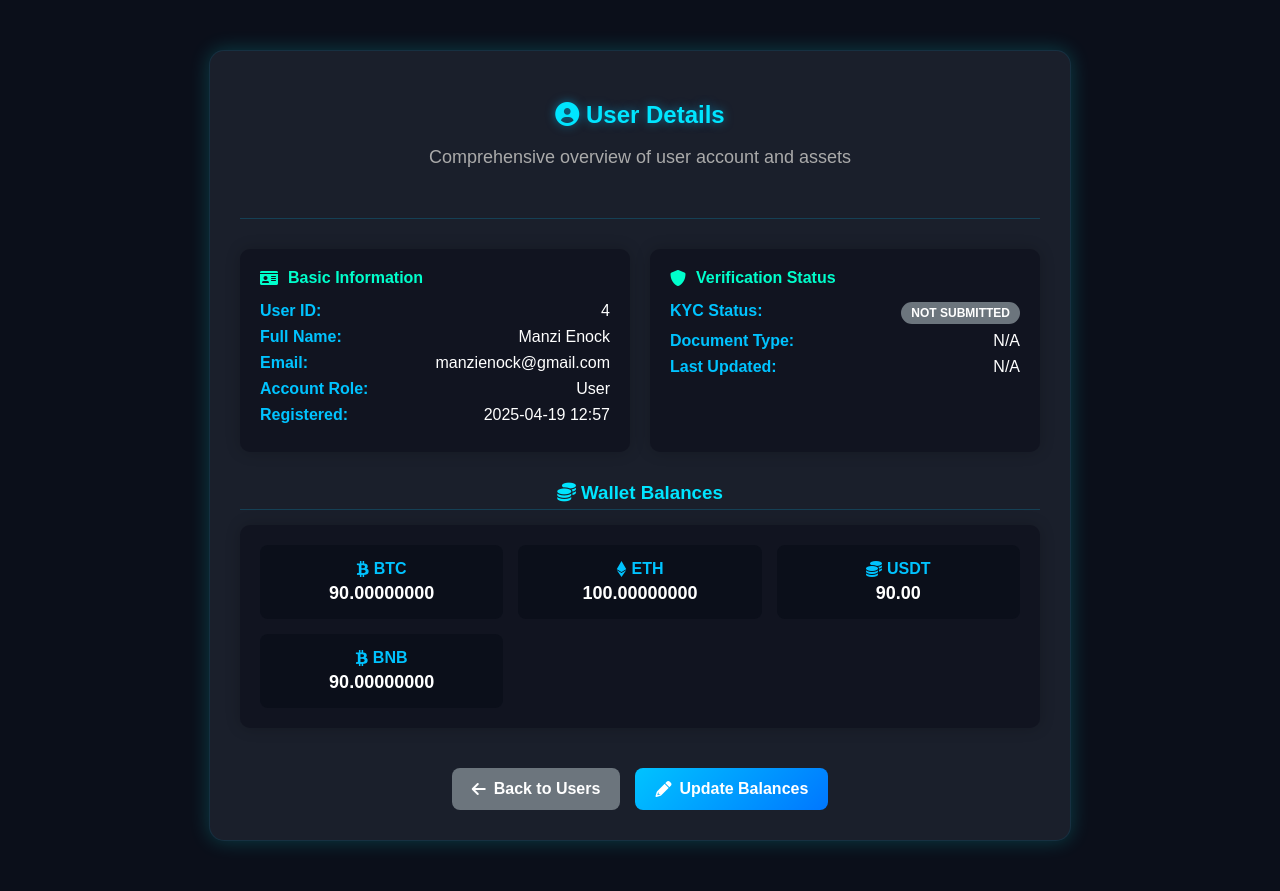
Repository: fredericIT/cypto
Page: http://localhost/admin/view-user/4
The author's editor kept a copy of each file at every save. The page is drawn from the files as they stood at one save, then again after the next save.
The browser window is 1280 px wide. The pictures show the whole page.
The page is served by the project's application, run on Flask 3 (app.py). The user the application loads for id 1 is signed in. Other server files are loaded and not shown. The page reads the database file committed with the project. Queries for data that is not in the repository find no rows.

Above is the page before, as saved 2025-04-24 00:05:54.

### app.py
from flask import Flask, redirect, url_for
from db import db
from blueprints.auth import auth_bprt
from blueprints.dashboard import dash_bprt
from blueprints.account import account_bprt
from blueprints.trading import trading_bprt
from blueprints.user import user_bprt
from blueprints.admin import admin_bprt
from db.models import *
from flask_migrate import Migrate
from flask_login import LoginManager



app = Flask(__name__)
app.config.from_object("config.Config")
db.init_app(app)
migrate = Migrate(app, db)
login_manager = LoginManager()
login_manager.init_app(app)
login_manager.login_view = "auth.login"
login_manager.login_message = "Login Required to access this resource."
login_manager.login_message_category = "warning"
app.register_blueprint(auth_bprt)
app.register_blueprint(dash_bprt)
app.register_blueprint(account_bprt)
app.register_blueprint(trading_bprt)
app.register_blueprint(user_bprt)
app.register_blueprint(admin_bprt)


@login_manager.user_loader
def load_user(user_id):
    return User.query.get(int(user_id))

@app.route('/')
def home():
    return redirect(url_for('auth.login'))

if __name__ == '__main__':
    with app.app_context():
        db.create_all()
    app.run(debug=True)

### templates/admin/view_user.html
<!DOCTYPE html>
<html lang="en">
<head>
    <meta charset="UTF-8">
    <meta name="viewport" content="width=device-width, initial-scale=1.0">
    <title>Crypto Platform - View User</title>
    <link rel="stylesheet" href="{{ url_for('static', filename='css/admin/admin.css') }}">
    <link rel="stylesheet" href="{{ url_for('static', filename='css/admin/forms.css') }}">
    <link rel="stylesheet" href="https://cdnjs.cloudflare.com/ajax/libs/font-awesome/6.0.0/css/all.min.css">
    <style>
        body {
            font-family: 'Orbitron', sans-serif;
            background-color: #0b0f1a;
            color: #ffffff;
            margin: 0;
            padding: 0;
        }

        .admin-container {
            max-width: 800px;
            margin: 50px auto;
            padding: 30px;
            background-color: #1a1f2b;
            border-radius: 15px;
            box-shadow: 0 0 20px rgba(0, 255, 255, 0.2);
            border: 1px solid rgba(0, 195, 255, 0.1);
        }

        .admin-header {
            text-align: center;
            margin-bottom: 30px;
            padding-bottom: 20px;
            border-bottom: 1px solid rgba(0, 195, 255, 0.2);
        }

        .admin-header h2 {
            color: #00e5ff;
            margin-bottom: 10px;
            text-shadow: 0 0 10px rgba(0, 195, 255, 0.5);
        }

        .admin-header p {
            color: #aaaaaa;
        }

        .user-details {
            margin-top: 30px;
        }

        .user-details h3 {
            color: #00e5ff;
            margin-bottom: 15px;
            padding-bottom: 5px;
            border-bottom: 1px solid rgba(0, 195, 255, 0.2);
        }

        .user-info-grid {
            display: grid;
            grid-template-columns: repeat(auto-fill, minmax(300px, 1fr));
            gap: 20px;
            margin-bottom: 30px;
        }

        .info-card {
            background-color: #111420;
            padding: 20px;
            border-radius: 10px;
            box-shadow: 0 0 15px rgba(0, 0, 0, 0.2);
        }

        .info-card h4 {
            color: #00ffcc;
            margin-top: 0;
            margin-bottom: 15px;
            display: flex;
            align-items: center;
            gap: 10px;
        }

        .info-card p {
            margin: 8px 0;
            display: flex;
            justify-content: space-between;
        }

        .info-card p strong {
            color: #00c3ff;
            margin-right: 10px;
        }

        .balance-card {
            background-color: #111420;
            padding: 20px;
            border-radius: 10px;
            box-shadow: 0 0 15px rgba(0, 0, 0, 0.2);
        }

        .balance-grid {
            display: grid;
            grid-template-columns: repeat(auto-fill, minmax(200px, 1fr));
            gap: 15px;
        }

        .balance-item {
            background-color: #0b0f1a;
            padding: 15px;
            border-radius: 8px;
            text-align: center;
            transition: all 0.3s;
        }

        .balance-item:hover {
            transform: translateY(-3px);
            box-shadow: 0 5px 15px rgba(0, 195, 255, 0.3);
        }

        .balance-item .coin {
            font-weight: bold;
            color: #00c3ff;
            margin-bottom: 5px;
            display: flex;
            align-items: center;
            justify-content: center;
            gap: 5px;
        }

        .balance-item .amount {
            font-size: 18px;
            font-weight: bold;
        }

        .user-actions {
            margin-top: 30px;
            display: flex;
            justify-content: center;
            gap: 15px;
            flex-wrap: wrap;
        }

        .btn {
            padding: 12px 20px;
            border-radius: 8px;
            text-decoration: none;
            font-weight: bold;
            display: inline-flex;
            align-items: center;
            gap: 8px;
            transition: all 0.3s;
        }

        .btn-back {
            background-color: #6c757d;
            color: white;
        }

        .btn-back:hover {
            background-color: #5a6268;
            transform: translateY(-2px);
        }

        .btn-update {
            background: linear-gradient(135deg, #00c3ff, #0077ff);
            color: white;
        }

        .btn-update:hover {
            background: linear-gradient(135deg, #0077ff, #00c3ff);
            transform: translateY(-2px);
        }

        .btn-kyc {
            background: linear-gradient(135deg, #ff00ff, #ff0080);
            color: white;
        }

        .btn-kyc:hover {
            background: linear-gradient(135deg, #ff0080, #ff00ff);
            transform: translateY(-2px);
        }

        .status-badge {
            padding: 4px 10px;
            border-radius: 12px;
            font-size: 12px;
            font-weight: bold;
            text-transform: uppercase;
        }

        .status-approved {
            background-color: #28a745;
            color: white;
        }

        .status-pending {
            background-color: #ffc107;
            color: #1a1f2b;
        }

        .status-rejected {
            background-color: #dc3545;
            color: white;
        }

        .status-none {
            background-color: #6c757d;
            color: white;
        }

        .coin-icon {
            width: 20px;
            height: 20px;
        }
    </style>
</head>
<body class="bg-dark text-light">
    <div class="admin-container">
        <div class="admin-header">
            <h2><i class="fas fa-user-circle"></i> User Details</h2>
            <p>Comprehensive overview of user account and assets</p>
        </div>

        <div class="user-details">
            <div class="user-info-grid">
                <div class="info-card">
                    <h4><i class="fas fa-id-card"></i> Basic Information</h4>
                    <p>
                        <strong>User ID:</strong>
                        <span>{{ user.id }}</span>
                    </p>
                    <p>
                        <strong>Full Name:</strong>
                        <span>{{ user.full_name }}</span>
                    </p>
                    <p>
                        <strong>Email:</strong>
                        <span>{{ user.email }}</span>
                    </p>
                    <p>
                        <strong>Account Role:</strong>
                        <span class="role-badge">{{ user.role.value|title }}</span>
                    </p>
                    <p>
                        <strong>Registered:</strong>
                        <span>{{ user.created_at.strftime('%Y-%m-%d %H:%M') }}</span>
                    </p>
                </div>

                <div class="info-card">
                    <h4><i class="fas fa-shield-alt"></i> Verification Status</h4>
                    <p>
                        <strong>KYC Status:</strong>
                        {% if user.kyc %}
                            <span class="status-badge status-{{ user.kyc.status }}">
                                {{ user.kyc.status|title }}
                            </span>
                        {% else %}
                            <span class="status-badge status-none">Not Submitted</span>
                        {% endif %}
                    </p>
                    <p>
                        <strong>Document Type:</strong>
                        <span>{{ user.kyc.document_type if user.kyc else 'N/A' }}</span>
                    </p>
                    <p>
                        <strong>Last Updated:</strong>
                        <span>
                            {% if user.kyc %}
                                {{ user.kyc.updated_at.strftime('%Y-%m-%d %H:%M') }}
                            {% else %}
                                N/A
                            {% endif %}
                        </span>
                    </p>
                </div>
            </div>

            <h3><i class="fas fa-coins"></i> Wallet Balances</h3>
            <div class="balance-card">
                <div class="balance-grid">
                    <div class="balance-item">
                        <div class="coin"><i class="fab fa-btc"></i> BTC</div>
                        <div class="amount">{{ "%.8f"|format(user.account.BTC) if user.account.BTC else '0.00000000' }}</div>
                    </div>
                    <div class="balance-item">
                        <div class="coin"><i class="fab fa-ethereum"></i> ETH</div>
                        <div class="amount">{{ "%.8f"|format(user.account.ETH) if user.account.ETH else '0.00000000' }}</div>
                    </div>
                    <div class="balance-item">
                        <div class="coin"><i class="fas fa-coins"></i> USDT</div>
                        <div class="amount">{{ "%.2f"|format(user.account.USDT) if user.account.USDT else '0.00' }}</div>
                    </div>
                    <div class="balance-item">
                        <div class="coin"><i class="fab fa-btc"></i> BNB</div>
                        <div class="amount">{{ "%.8f"|format(user.account.BNB) if user.account.BNB else '0.00000000' }}</div>
                    </div>
                </div>
            </div>

            <div class="user-actions">
                <a href="{{ url_for('admin.manage_users') }}" class="btn btn-back">
                    <i class="fas fa-arrow-left"></i> Back to Users
                </a>
                <a href="{{ url_for('admin.update_user_balance', user_id=user.id) }}" class="btn btn-update">
                    <i class="fas fa-pencil-alt"></i> Update Balances
                </a>
                {% if user.kyc %}
                <a href="{{ url_for('admin.review_kyc') }}?user_id={{ user.id }}" class="btn btn-kyc">
                    <i class="fas fa-id-card"></i> Review KYC
                </a>
                {% endif %}
            </div>
        </div>
    </div>
</body>
</html>

### static/css/admin/admin.css
/* admin/static/css/admin.css */
body {
    font-family: 'Orbitron', sans-serif;
    background-color: #0b0f1a;
    color: #ffffff;
    margin: 0;
    padding: 0;
}

.admin-container {
    max-width: 700px;
    margin: 60px auto;
    background-color: #1a1f2b;
    padding: 30px;
    border-radius: 15px;
    box-shadow: 0 0 20px rgba(255, 0, 255, 0.2);
    text-align: center;
}

.admin-header h2 {
    margin-bottom: 10px;
    color: #ff00ff;
}

.admin-header p {
    margin-bottom: 30px;
    font-size: 18px;
    color: #cccccc;
}

.admin-actions {
    display: flex;
    flex-direction: column;
    gap: 20px;
}

.admin-actions .btn {
    padding: 15px;
    background: linear-gradient(135deg, #ff00ff, #8000ff);
    border: none;
    color: white;
    font-size: 16px;
    border-radius: 10px;
    text-decoration: none;
    transition: background 0.3s ease;
}

.admin-actions .btn:hover {
    background: linear-gradient(135deg, #8000ff, #ff00ff);
}

.btn-logout {
    background: linear-gradient(135deg, #ff4d4d, #cc0000);
}

.btn-logout:hover {
    background: linear-gradient(135deg, #cc0000, #ff4d4d);
}

.flash.success {
    background-color: #00c853;
    padding: 10px;
    border-radius: 8px;
    margin: 20px auto;
    width: fit-content;
}

### static/css/admin/forms.css
/* admin/static/css/admin_forms.css */
body {
    font-family: 'Orbitron', sans-serif;
    background-color: #0e0e0e;
    color: #fff;
    margin: 0;
    padding: 0;
}

.admin-container {
    width: 90%;
    max-width: 600px;
    margin: 50px auto;
    padding: 25px;
    background-color: #1a1a1a;
    border-radius: 15px;
    box-shadow: 0 0 20px rgba(0, 255, 255, 0.3);
}

h2 {
    text-align: center;
    margin-bottom: 30px;
    color: #00e5ff;
}

.form-container {
    display: flex;
    flex-direction: column;
}

.form-group {
    margin-bottom: 20px;
}

.form-group label {
    font-size: 14px;
    margin-bottom: 8px;
    display: block;
}

.form-group input, .form-group select {
    width: 100%;
    padding: 12px;
    border-radius: 8px;
    border: none;
    background-color: #2c2c2c;
    color: #fff;
    font-size: 14px;
}

.form-group input:focus, .form-group select:focus {
    outline: 2px solid #00e5ff;
}

.btn {
    background-color: #00e5ff;
    color: #0e0e0e;
    padding: 12px;
    text-align: center;
    border: none;
    border-radius: 8px;
    cursor: pointer;
    font-size: 16px;
    transition: background 0.3s;
    margin-top: 10px;
}

.btn:hover {
    background-color: #00b8d4;
}

.btn-logout {
    background-color: #ff1744;
    margin-top: 20px;
}

.btn-logout:hover {
    background-color: #d50000;
}

/* Flash messages */
.flash.success {
    background-color: #00c853;
    padding: 10px 20px;
    border-radius: 10px;
    margin: 20px 0;
    text-align: center;
}


/* admin/static/css/admin_forms.css */
table {
    width: 100%;
    border-collapse: collapse;
    margin: 20px 0;
}

th, td {
    padding: 12px;
    text-align: left;
    border: 1px solid #444;
}

th {
    background-color: #333;
    color: #fff;
}

td {
    background-color: #222;
}

.btn {
    padding: 8px 12px;
    background-color: #00e5ff;
    color: #0e0e0e;
    border-radius: 5px;
    text-decoration: none;
}

.btn:hover {
    background-color: #00b8d4;
}

.btn-view {
    background-color: #4caf50;
}

.btn-view:hover {
    background-color: #45a049;
}

.btn-update {
    background-color: #ff9800;
}

.btn-update:hover {
    background-color: #fb8c00;
}

.btn-delete {
    background-color: #f44336;
}

.btn-delete:hover {
    background-color: #d32f2f;
}

### instance/crypto.db (the tables this page reads, as SQL)
CREATE TABLE account (
	id INTEGER NOT NULL, 
	user_id INTEGER NOT NULL, 
	account_status VARCHAR(50) NOT NULL, 
	"BTC" NUMERIC(18, 8), 
	"ETH" NUMERIC(18, 8) NOT NULL, 
	"USDT" NUMERIC(18, 2), 
	"BNB" NUMERIC(18, 8), 
	PRIMARY KEY (id), 
	UNIQUE (user_id), 
	FOREIGN KEY(user_id) REFERENCES users (id)
);
INSERT INTO "account" VALUES
(1, 1, 'active', 0, 0.2, 0, 0),
(2, 2, 'active', 0, 0.00012, 0, 0),
(3, 3, 'active', 10, 0.012, 10, 10),
(4, 4, 'active', 90, 100, 90, 90);

CREATE TABLE users (
	id INTEGER NOT NULL, 
	full_name VARCHAR(255) NOT NULL, 
	email VARCHAR(255) NOT NULL, 
	password VARCHAR(255) NOT NULL, 
	withdraw_password VARCHAR(255) NOT NULL, 
	role VARCHAR(5) NOT NULL, 
	created_at DATETIME, 
	updated_at DATETIME, 
	PRIMARY KEY (id), 
	UNIQUE (email)
);
INSERT INTO "users" VALUES
(1, 'IMPANO MANZI Enock', 'impano@gmail.com', '$2b$12$dsxef/yKv1Y3ThXO8k0/auWa1an.eT/jdmWgg/BMq/1WrfeaMOs8a', 'password', 'USER', '2025-04-19 11:22:07.609504', '2025-04-19 11:22:07.609504'),
(2, 'IMPANO MANZI Enock', 'impanomanzienock@gmail.com', '$2b$12$LNk7kyQumZQot6g9v9kQSuC6C1VI/hup4Imqkn4eO62GUQLevlJE6', 'password', 'USER', '2025-04-19 11:27:35.693135', '2025-04-19 11:27:35.693135'),
(3, 'IMPANO MANZI Enock', 'impanodeveloper@proton.me', '$2b$12$fbfIvc0M9otsboA4sX65PeLFmyP6qRQaXx3gmTw8d5fgNe.L/wlTK', 'password', 'USER', '2025-04-19 12:39:34.203570', '2025-04-19 12:39:34.203570'),
(4, 'Manzi Enock', 'manzienock@gmail.com', '$2b$12$JwN4pu1grxZlwU/PoPNeTe4r/yXaO4t9Org1rTGTxsft21C7VSpBi', 'password', 'USER', '2025-04-19 12:57:32.763187', '2025-04-19 12:57:32.763187');

Loaded but not shown: blueprints/admin.py (362 lines, source omitted)

After the next save:
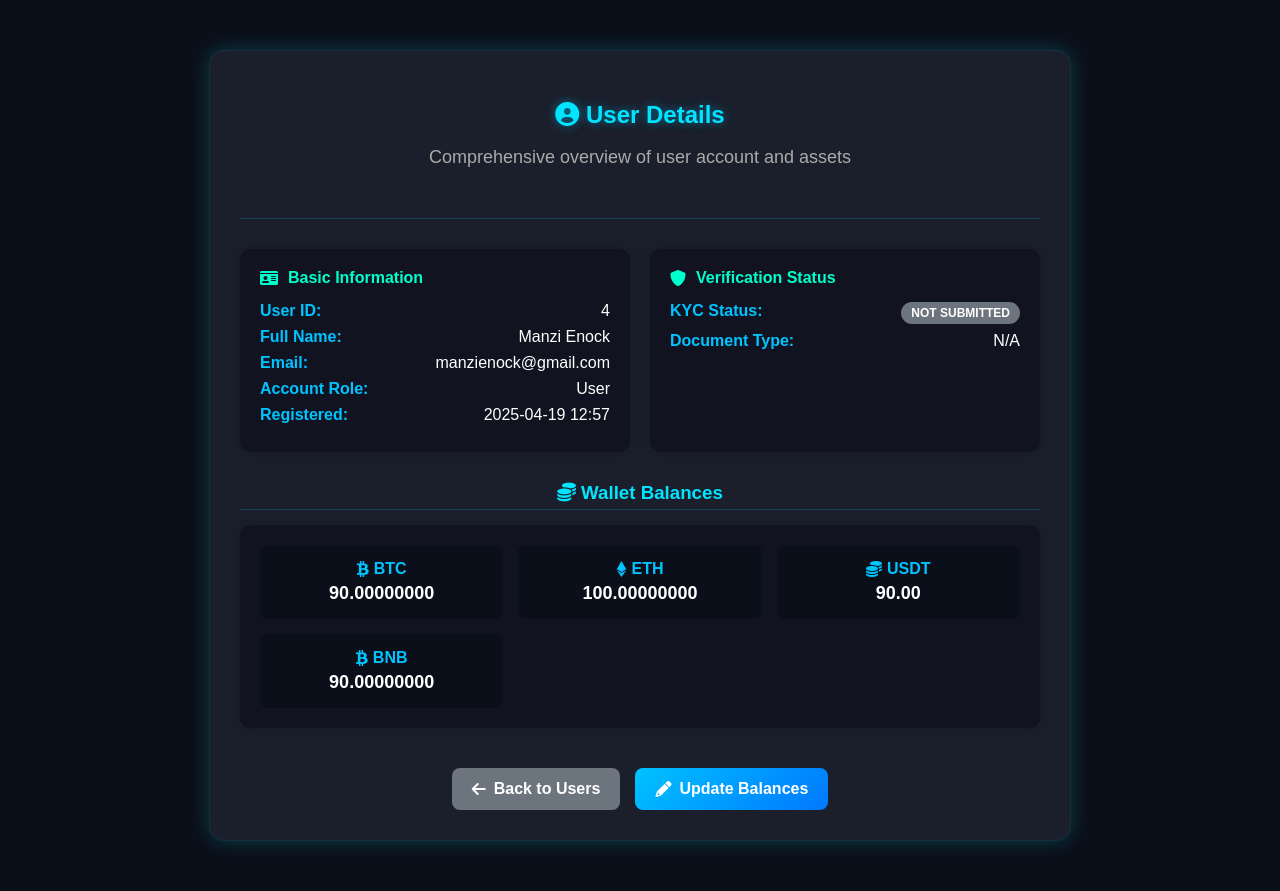
Saved 44 s later.
--- a/templates/admin/view_user.html
+++ b/templates/admin/view_user.html
@@ -261,16 +261,7 @@
                         <strong>Document Type:</strong>
                         <span>{{ user.kyc.document_type if user.kyc else 'N/A' }}</span>
                     </p>
-                    <p>
-                        <strong>Last Updated:</strong>
-                        <span>
-                            {% if user.kyc %}
-                                {{ user.kyc.updated_at.strftime('%Y-%m-%d %H:%M') }}
-                            {% else %}
-                                N/A
-                            {% endif %}
-                        </span>
-                    </p>
+
                 </div>
             </div>
 
